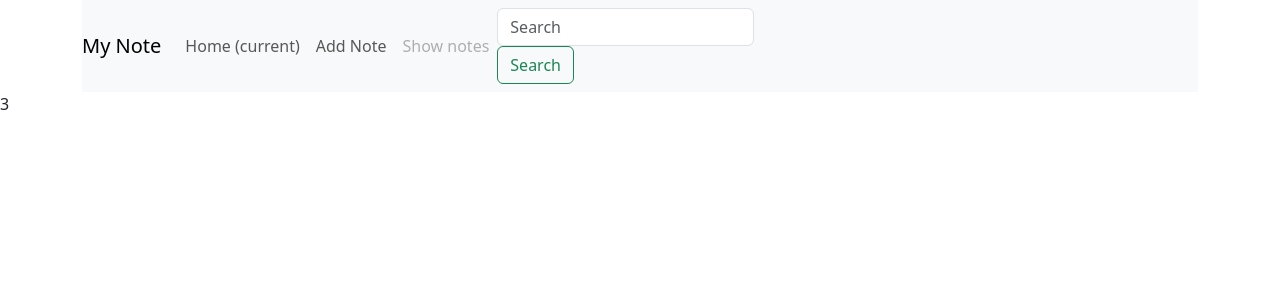
Repository: anshpn8/Java_Spring
Page: http://localhost/MyNotes/
These files come from the project's save history. The page is drawn as it stood at one moment and after the next save; the edit follows.
The browser window is 1280 px wide. The pictures show the whole page.
The page is served by Tomcat 9. Other server files are loaded and not shown.

Above is the page before, as saved 2024-04-14 06:26:14.

### MyNotes/src/main/webapp/index.jsp
<!DOCTYPE html>
<html lang="en">
<head>
    <meta charset="UTF-8">
    <meta name="viewport" content="width=device-width, initial-scale=1.0">
    <title>Hello World</title>
    <link href="https://cdn.jsdelivr.net/npm/bootstrap@5.3.3/dist/css/bootstrap.min.css" rel="stylesheet" integrity="sha384-QWTKZyjpPEjISv5WaRU9OFeRpok6YctnYmDr5pNlyT2bRjXh0JMhjY6hW+ALEwIH" crossorigin="anonymous">

    </head>
<body>
    <div class="container">
    <%@include file="navbar.jsp" %>

    </div>


</body>
</html>3

### MyNotes/src/main/webapp/navbar.jsp
<nav class="navbar navbar-expand-lg navbar-light bg-light">
  <a class="navbar-brand" href="#">My Note</a>
  <button class="navbar-toggler" type="button" data-toggle="collapse" data-target="#navbarSupportedContent" aria-controls="navbarSupportedContent" aria-expanded="false" aria-label="Toggle navigation">
    <span class="navbar-toggler-icon"></span>
  </button>

  <div class="collapse navbar-collapse" id="navbarSupportedContent">
    <ul class="navbar-nav mr-auto">
      <li class="nav-item active">
        <a class="nav-link" href="#">Home <span class="sr-only">(current)</span></a>
      </li>
      <li class="nav-item">
        <a class="nav-link" href="#">Add Note</a>
      </li>

      <li class="nav-item">
        <a class="nav-link disabled" href="#">Show notes</a>
      </li>
    </ul>
    <form class="form-inline my-2 my-lg-0">
      <input class="form-control mr-sm-2" type="search" placeholder="Search" aria-label="Search">
      <button class="btn btn-outline-success my-2 my-sm-0" type="submit">Search</button>
    </form>
  </div>
</nav>

After the next save:
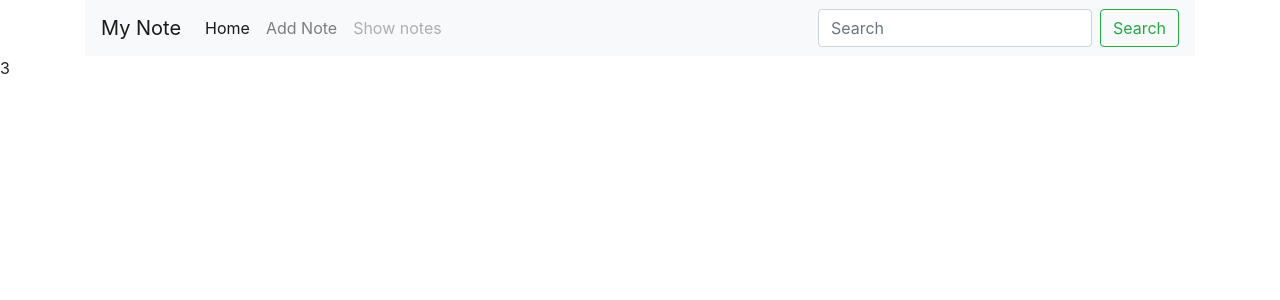
Saved 112 s later.
--- a/MyNotes/src/main/webapp/index.jsp
+++ b/MyNotes/src/main/webapp/index.jsp
@@ -4,7 +4,9 @@
     <meta charset="UTF-8">
     <meta name="viewport" content="width=device-width, initial-scale=1.0">
     <title>Hello World</title>
-    <link href="https://cdn.jsdelivr.net/npm/bootstrap@5.3.3/dist/css/bootstrap.min.css" rel="stylesheet" integrity="sha384-QWTKZyjpPEjISv5WaRU9OFeRpok6YctnYmDr5pNlyT2bRjXh0JMhjY6hW+ALEwIH" crossorigin="anonymous">
+
+	<link rel="stylesheet" href="https://cdn.jsdelivr.net/npm/bootstrap@4.0.0/dist/css/bootstrap.min.css" >
+
 
     </head>
 <body>
